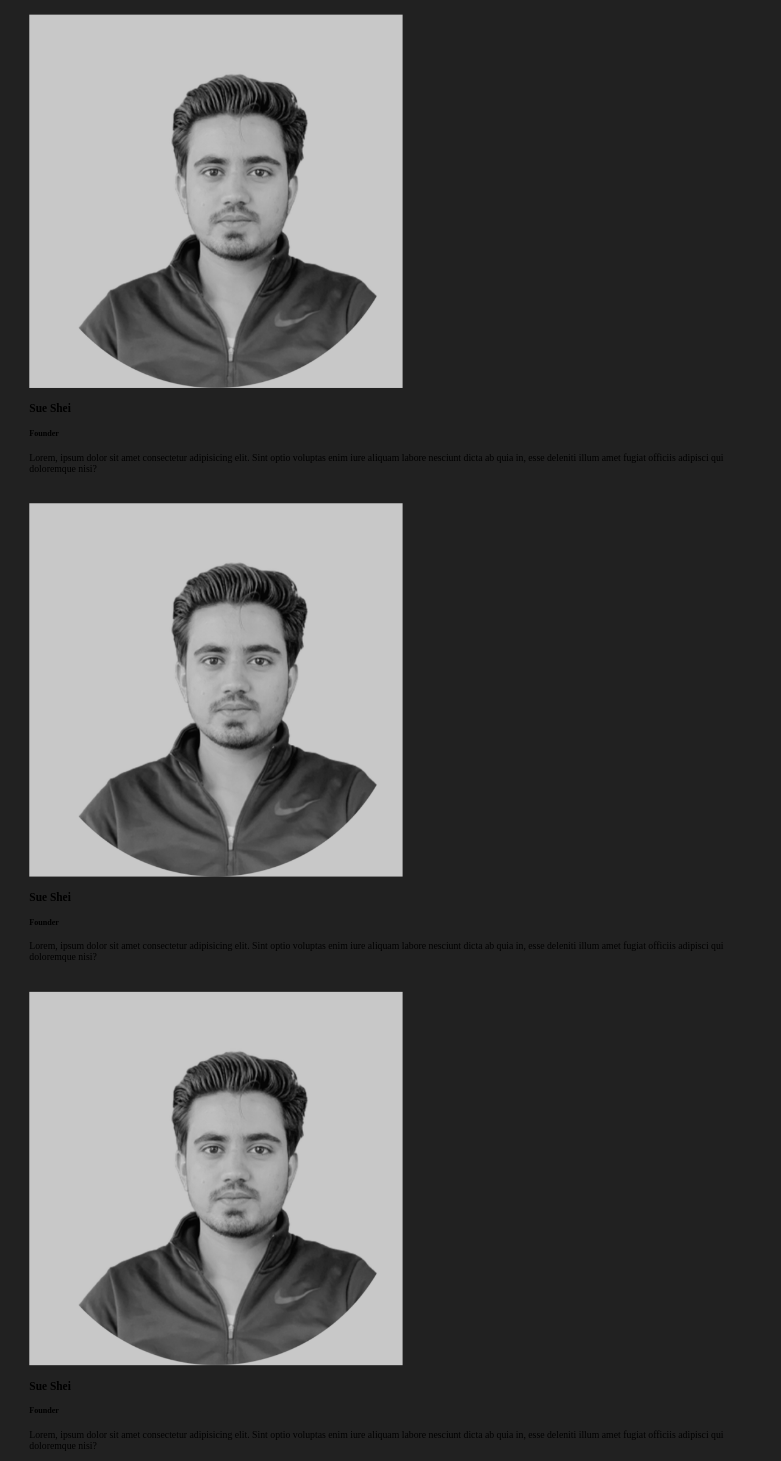
Repository: inzamamahmad3/30-Days-Of-CSS
Page: Day-1/index.html
An editor plug-in stored every save of this project. The page is shown before and after the next save, followed by the edit.
The browser window is 1280 px wide. The pictures show the whole page, at 61% of full size.
Some icons come from a web library that is not loaded, so they are not drawn.

Above is the page before, as saved 2023-01-03 20:13:09.

### Day-1/index.html
<!DOCTYPE html>
<html lang="en">
  <head>
    <meta charset="UTF-8" />
    <meta http-equiv="X-UA-Compatible" content="IE=edge" />
    <meta name="viewport" content="width=device-width, initial-scale=1.0" />
    <title>Profile Cards</title>
    <link rel="stylesheet" href="styles.css" />
  </head>
  <body>
    <figure class="card">
      <div class="profile-image">
        <img src="profile.png" alt="" />
      </div>
      <figcaption>
        <h3>Sue Shei</h3>
        <h5>Founder</h5>
        <p>
          Lorem, ipsum dolor sit amet consectetur adipisicing elit. Sint optio
          voluptas enim iure aliquam labore nesciunt dicta ab quia in, esse
          deleniti illum amet fugiat officiis adipisci qui doloremque nisi?
        </p>
        <div class="icons">
          <a href="#"><i class="ion-social-reddit"></i></a>
          <a href="#"><i class="ion-social-twitter"></i></a>
          <a href="#"><i class="ion-social-vimeo"></i></a>
        </div>
      </figcaption>
    </figure>
    <figure class="card">
      <div class="profile-image">
        <img src="profile.png" alt="" />
      </div>
      <figcaption>
        <h3>Sue Shei</h3>
        <h5>Founder</h5>
        <p>
          Lorem, ipsum dolor sit amet consectetur adipisicing elit. Sint optio
          voluptas enim iure aliquam labore nesciunt dicta ab quia in, esse
          deleniti illum amet fugiat officiis adipisci qui doloremque nisi?
        </p>
        <div class="icons">
          <a href="#"><i class="ion-social-reddit"></i></a>
          <a href="#"><i class="ion-social-twitter"></i></a>
          <a href="#"><i class="ion-social-vimeo"></i></a>
        </div>
      </figcaption>
    </figure>
    <figure class="card">
      <div class="profile-image">
        <img src="profile.png" alt="" />
      </div>
      <figcaption>
        <h3>Sue Shei</h3>
        <h5>Founder</h5>
        <p>
          Lorem, ipsum dolor sit amet consectetur adipisicing elit. Sint optio
          voluptas enim iure aliquam labore nesciunt dicta ab quia in, esse
          deleniti illum amet fugiat officiis adipisci qui doloremque nisi?
        </p>
        <div class="icons">
          <a href="#"><i class="ion-social-reddit"></i></a>
          <a href="#"><i class="ion-social-twitter"></i></a>
          <a href="#"><i class="ion-social-vimeo"></i></a>
        </div>
      </figcaption>
    </figure>
  </body>
</html>

### Day-1/styles.css
@import url(https://fonts.googleapis.com/css?family=Lato);
@import url(https://fonts.googleapis.com/css?family=Oswald);
@import url(https://fonts.googleapis.com/ionicons/2.0.1/css/ionicons.min.css);
body {
  background-color: #212121;
  height: 95vh;
  display: flex;
  align-items: center;
  justify-content: center;
  flex-wrap: wrap;
}

After the next save:
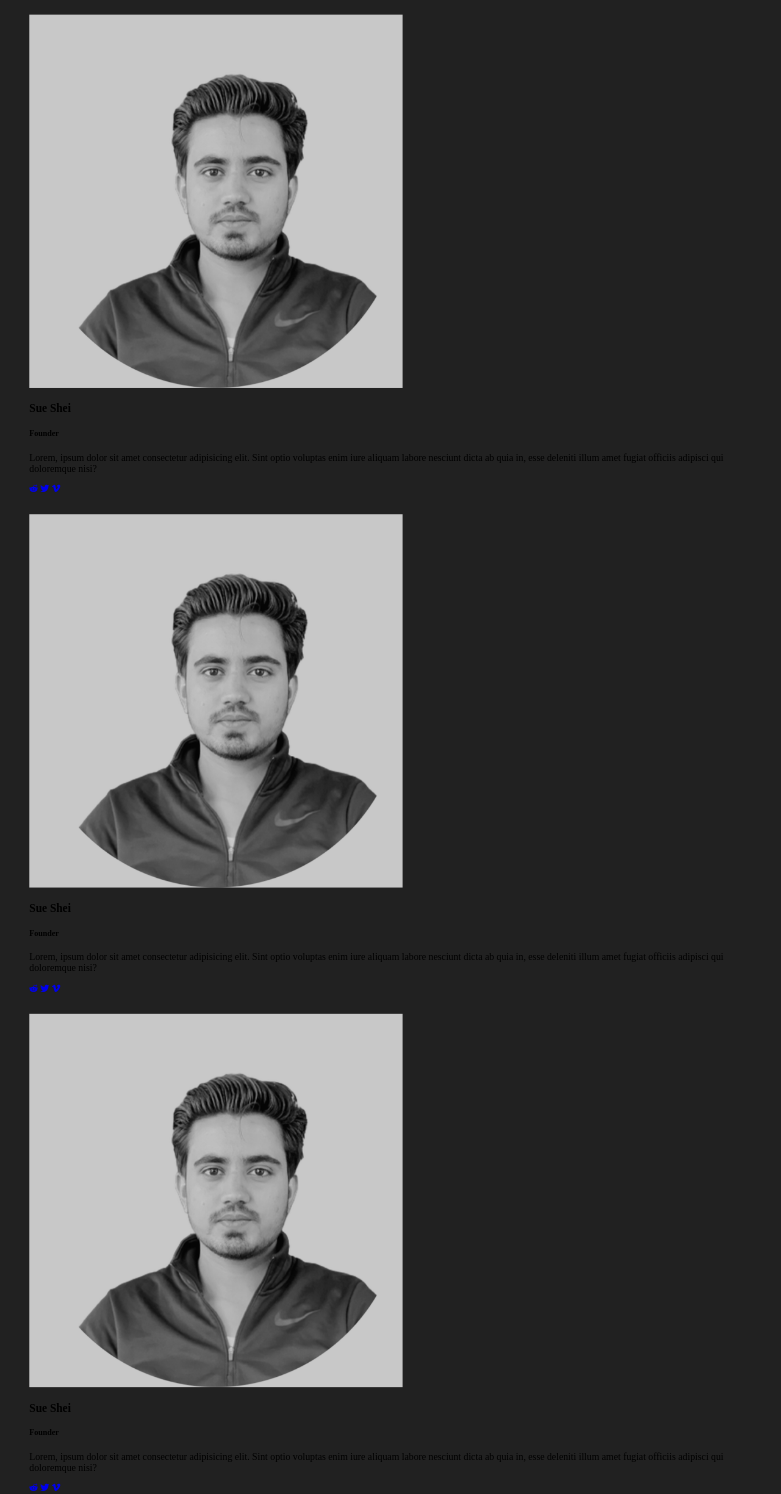
Saved 41 s later.
--- a/Day-1/styles.css
+++ b/Day-1/styles.css
@@ -1,6 +1,6 @@
 @import url(https://fonts.googleapis.com/css?family=Lato);
 @import url(https://fonts.googleapis.com/css?family=Oswald);
-@import url(https://fonts.googleapis.com/ionicons/2.0.1/css/ionicons.min.css);
+@import url(https://code.ionicframework.com/ionicons/2.0.1/css/ionicons.min.css);
 body {
   background-color: #212121;
   height: 95vh;
